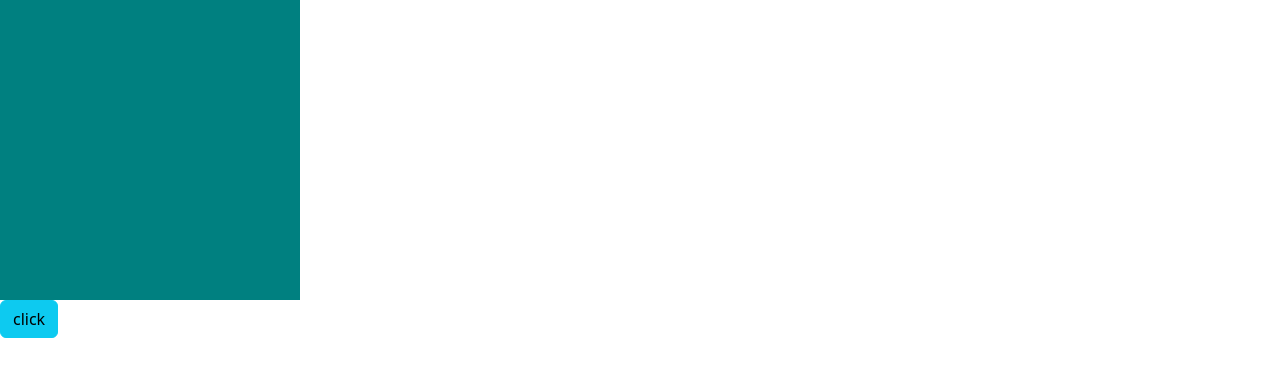
Repository: AmiraNabil97/WeatherApp
Page: index.html
The author's editor kept a copy of each file at every save. The page is drawn from the files as they stood at one save, then again after a run of saves.
The browser window is 1280 px wide. The pictures show the whole page.

Above is the page before, as saved 2023-08-28 11:31:51.
Console error: SyntaxError: Malformed arrow function parameter list

### index.html
<!DOCTYPE html>
<html lang="en">
<head>
    <meta charset="UTF-8">
    <meta name="viewport" content="width=device-width, initial-scale=1.0">
    <title>Document</title>
    <link rel="stylesheet" href="css/bootstrap.min.css">
    <link rel="stylesheet" href="css/all.min.css">
    <link rel="stylesheet" href="css/style.css">
</head>
<body>

<div class="demo"></div>
<button class="btn btn-info" id="demo">click</button>









    <script src="js/jquery-3.7.0.min.js"></script>
    <script src="js/bootstrap.bundle.js"></script>
    <script src="js/main.js"></script>
</body>
</html>

### css/style.css
.demo{
    width: 300px;
    height: 300px;
    background-color: teal;
    di
}

### js/main.js


//query selector as css formula:
$('.demo').hide(2000)
$('#demo').click ()=> {
    $('#demo')

}

Loaded but not shown: css/bootstrap.min.css (library); css/all.min.css (library); js/jquery-3.7.0.min.js (library); js/bootstrap.bundle.js (library)

After the next 2 saves:
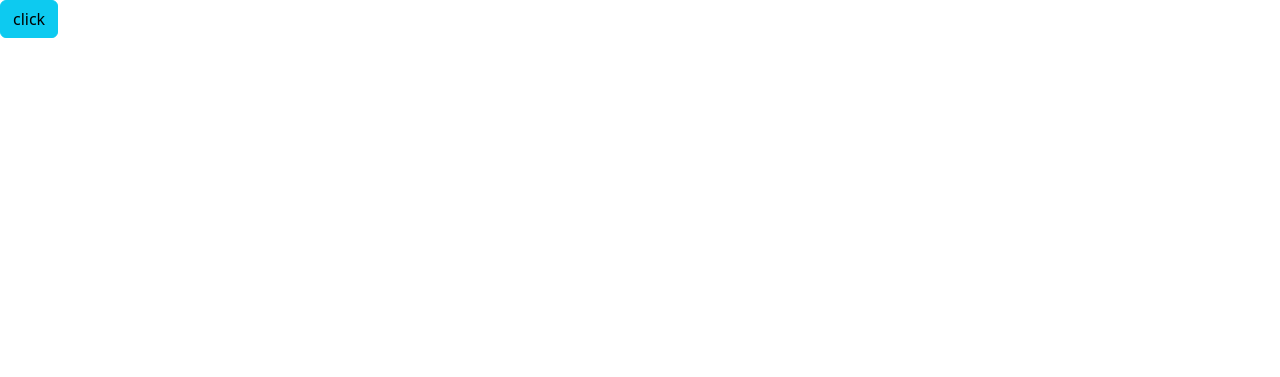
The 2 saves are shown as one change because they came seconds apart.
The last was saved 5 s later.
--- a/css/style.css
+++ b/css/style.css
@@ -2,5 +2,5 @@
     width: 300px;
     height: 300px;
     background-color: teal;
-    di
+    display: none;
 }
